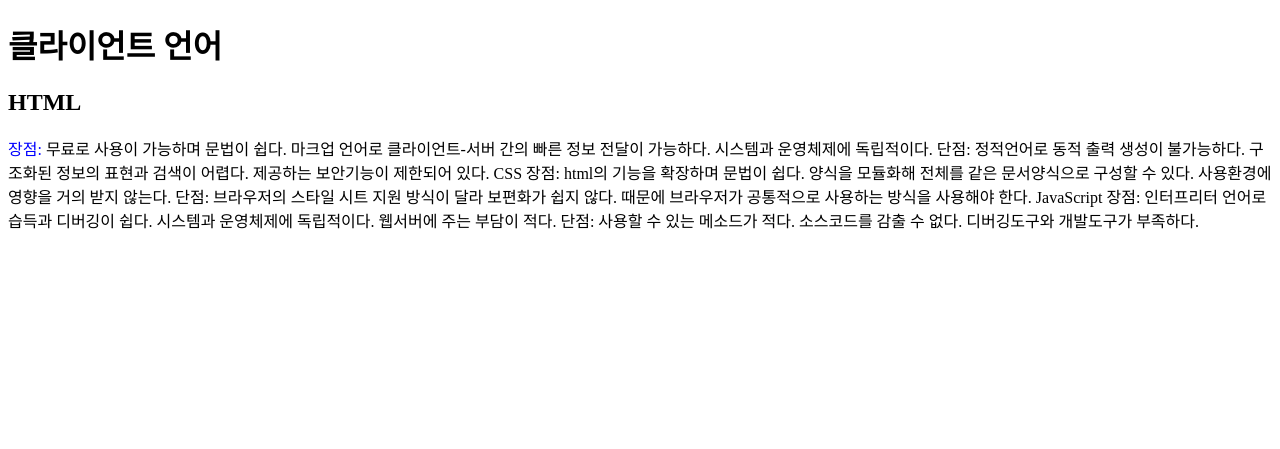
Repository: sinsujung/client
Page: ClientTest/src/main/webapp/문제/ex04.html
The author's editor kept a copy of each file at every save. The page is drawn from the files as they stood at one save, then again after the next save.
The browser window is 1280 px wide. The pictures show the whole page.

Above is the page before, as saved 2023-09-20 03:29:30.

### ClientTest/src/main/webapp/문제/ex04.html
<!DOCTYPE html>
<html>
<head>
<meta charset="UTF-8">
<title>Insert title here</title>
</head>
<body>
<h1>클라이언트 언어</h1>
<h2>HTML</h2>

<font color ="blue">장점:</font> 무료로 사용이 가능하며 문법이 쉽다. 마크업 언어로 클라이언트-서버 간의 빠른 정보 전달이 가능하다. 시스템과 운영체제에 독립적이다.

단점: 정적언어로 동적 출력 생성이 불가능하다. 구조화된 정보의 표현과 검색이 어렵다. 제공하는 보안기능이 제한되어 있다.

CSS
장점: html의 기능을 확장하며 문법이 쉽다. 양식을 모듈화해 전체를 같은 문서양식으로 구성할 수 있다. 사용환경에 영향을 거의 받지 않는다.

단점: 브라우저의 스타일 시트 지원 방식이 달라 보편화가 쉽지 않다. 때문에 브라우저가 공통적으로 사용하는 방식을 사용해야 한다.

JavaScript
장점: 인터프리터 언어로 습득과 디버깅이 쉽다. 시스템과 운영체제에 독립적이다. 웹서버에 주는 부담이 적다.

단점: 사용할 수 있는 메소드가 적다. 소스코드를 감출 수 없다. 디버깅도구와 개발도구가 부족하다.
</body>
</html>

After the next save:
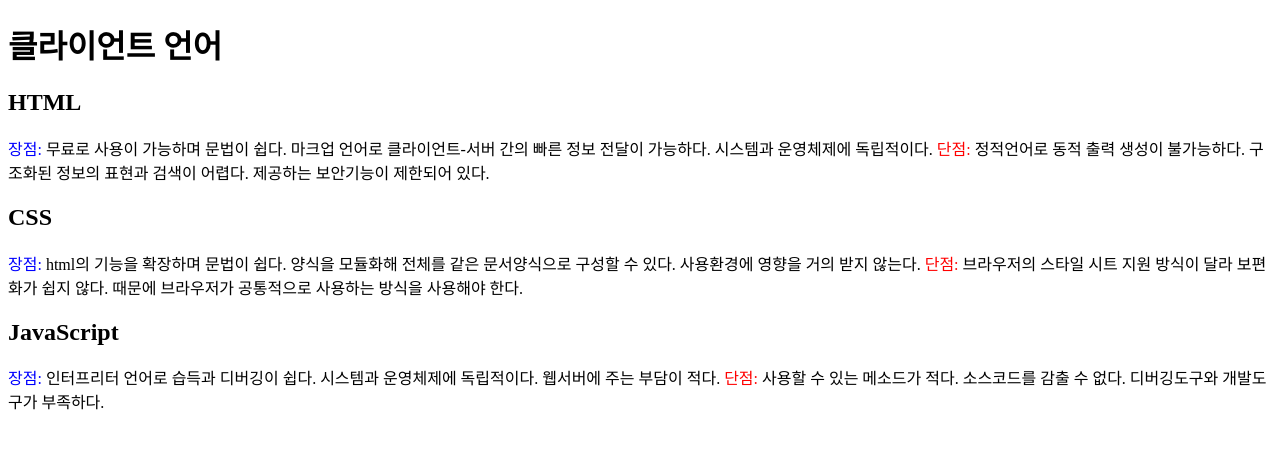
Saved 75 s later.
--- a/ClientTest/src/main/webapp/문제/ex04.html
+++ b/ClientTest/src/main/webapp/문제/ex04.html
@@ -10,16 +10,16 @@
 
 <font color ="blue">장점:</font> 무료로 사용이 가능하며 문법이 쉽다. 마크업 언어로 클라이언트-서버 간의 빠른 정보 전달이 가능하다. 시스템과 운영체제에 독립적이다.
 
-단점: 정적언어로 동적 출력 생성이 불가능하다. 구조화된 정보의 표현과 검색이 어렵다. 제공하는 보안기능이 제한되어 있다.
+<font color ="red">단점:</font> 정적언어로 동적 출력 생성이 불가능하다. 구조화된 정보의 표현과 검색이 어렵다. 제공하는 보안기능이 제한되어 있다.
 
-CSS
-장점: html의 기능을 확장하며 문법이 쉽다. 양식을 모듈화해 전체를 같은 문서양식으로 구성할 수 있다. 사용환경에 영향을 거의 받지 않는다.
+<h2>CSS</h2>
+<font color ="blue">장점:</font> html의 기능을 확장하며 문법이 쉽다. 양식을 모듈화해 전체를 같은 문서양식으로 구성할 수 있다. 사용환경에 영향을 거의 받지 않는다.
 
-단점: 브라우저의 스타일 시트 지원 방식이 달라 보편화가 쉽지 않다. 때문에 브라우저가 공통적으로 사용하는 방식을 사용해야 한다.
+<font color ="red">단점:</font> 브라우저의 스타일 시트 지원 방식이 달라 보편화가 쉽지 않다. 때문에 브라우저가 공통적으로 사용하는 방식을 사용해야 한다.
 
-JavaScript
-장점: 인터프리터 언어로 습득과 디버깅이 쉽다. 시스템과 운영체제에 독립적이다. 웹서버에 주는 부담이 적다.
+<h2>JavaScript</h2>
+<font color ="blue">장점:</font> 인터프리터 언어로 습득과 디버깅이 쉽다. 시스템과 운영체제에 독립적이다. 웹서버에 주는 부담이 적다.
 
-단점: 사용할 수 있는 메소드가 적다. 소스코드를 감출 수 없다. 디버깅도구와 개발도구가 부족하다.
+<font color ="red">단점:</font> 사용할 수 있는 메소드가 적다. 소스코드를 감출 수 없다. 디버깅도구와 개발도구가 부족하다.
 </body>
 </html>
